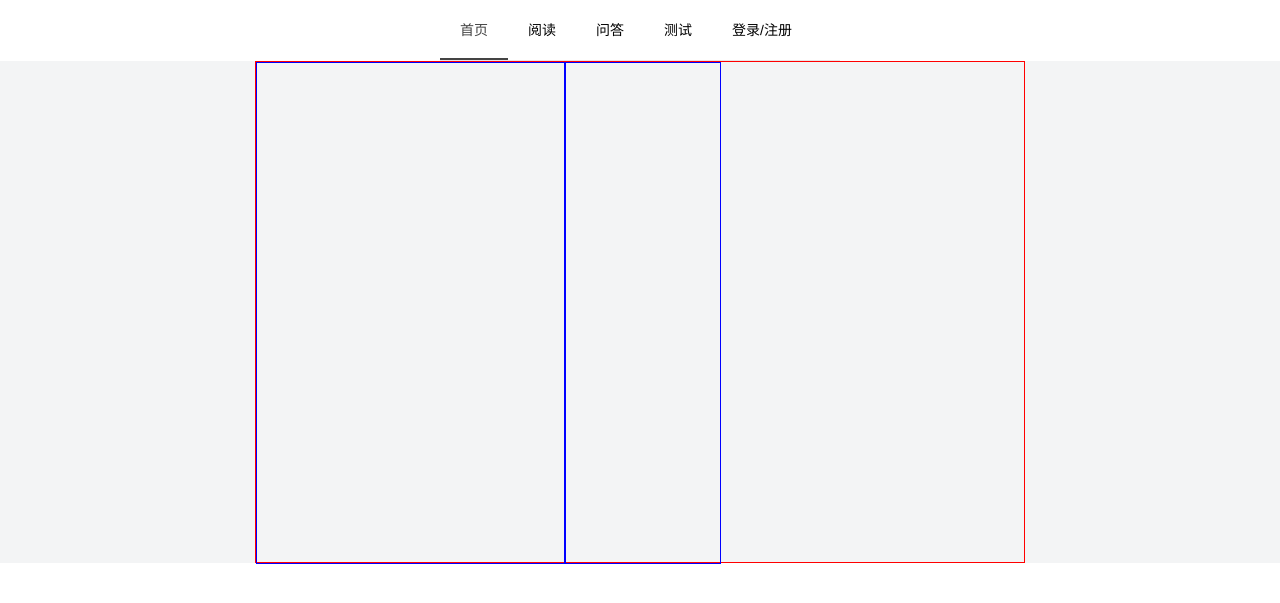
Repository: shengligo/xyx_vue_v1
Page: /qs
These files come from the project's save history. The page is drawn as it stood at one moment and after the next save; the edit follows.
The browser window is 1280 px wide. The pictures show the whole page.
The project was rebuilt for these pictures with package versions that can differ from the ones it lists, and the page was loaded fresh each time. Also part of the build but not shown: vue.config.js, src/views/home/childComps/Art.vue, src/views/author/authors.vue.

Above is the page before, as saved 2021-09-04 15:53:33.

After the next save:
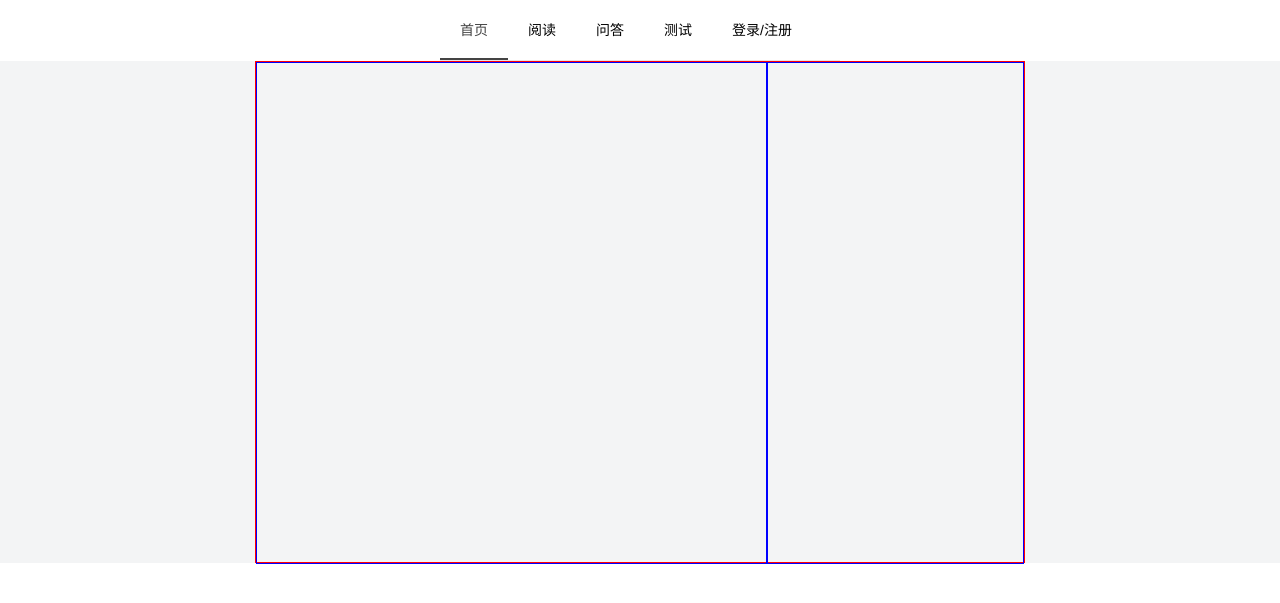
Saved 21 s later.
--- a/src/views/questions/Question.vue
+++ b/src/views/questions/Question.vue
@@ -33,13 +33,15 @@ export default {
 }
 .bodyright {
   border: 1px solid blue;
-  width: 40%;
+  /* width: 40%; */
+  flex: 2;
   height: 500px;
 
 }
 .bodyleft {
   border: 1px solid blue;
-  width: 20%;
+  /* width: 20%; */
+  flex: 1;
   height: 500px;
 }
 </style>
